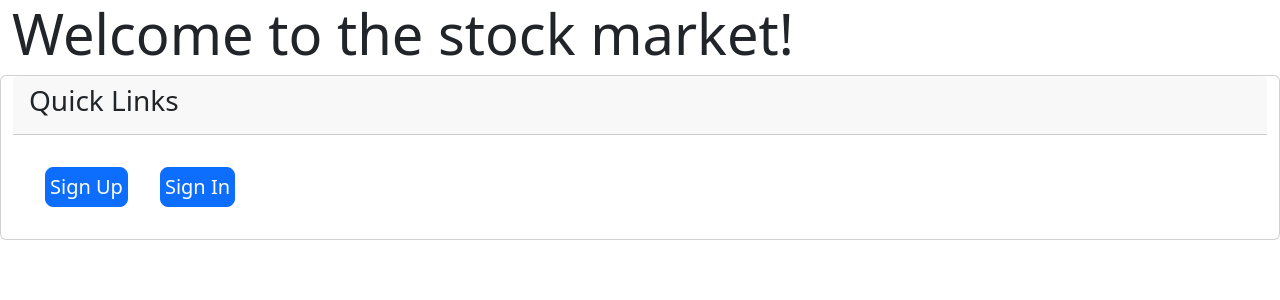
Repository: abdelbaset99/StockMarket
Page: / (app in stockmarket/)
An editor plug-in stored every save of this project. The page is shown before and after a run of saves, followed by the edit.
The browser window is 1280 px wide. The pictures show the whole page.
The project was rebuilt for these pictures with package versions that can differ from the ones it lists, and the page was loaded fresh each time. Also part of the build but not shown: stockmarket/angular.json, stockmarket/src/app/orders/orders.component.ts, stockmarket/src/app/order.service.ts, stockmarket/src/app/stocks/stocks.component.ts, stockmarket/src/app/stock.service.ts.

Above is the page before, as saved 2023-07-13 12:50:41.

After the next 4 saves:
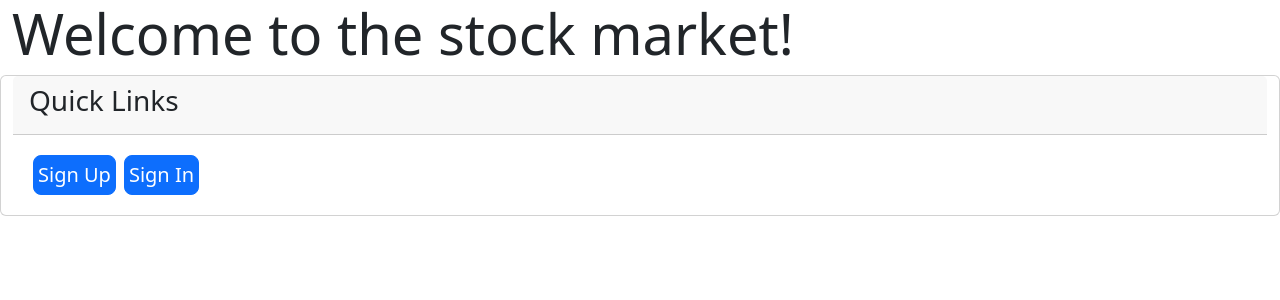
The 4 saves are shown as one change because they came seconds apart.
The last was saved 13 s later.
--- a/stockmarket/src/app/home/home.component.html
+++ b/stockmarket/src/app/home/home.component.html
@@ -20,8 +20,8 @@
         <div class="card-body">
           <!-- <a class="btn btn-primary btn-lg btn-block" routerLink="/stocks">View Stocks</a>
             <a class="btn btn-secondary btn-lg btn-block" routerLink="/orders">View Orders</a> -->
-          <a class="btn btn-primary btn-lg btn-block p-1 m-3" (click)="signUp.showModal()">Sign Up</a>
-          <a class="btn btn-primary btn-lg btn-block p-1 m-3" (click)="signIn.showModal()">Sign In</a>
+          <a class="btn btn-primary btn-lg btn-block p-1 m-1" (click)="signUp.showModal()">Sign Up</a>
+          <a class="btn btn-primary btn-lg btn-block p-1 m-1" (click)="signIn.showModal()">Sign In</a>
         </div>
 
       </div>
